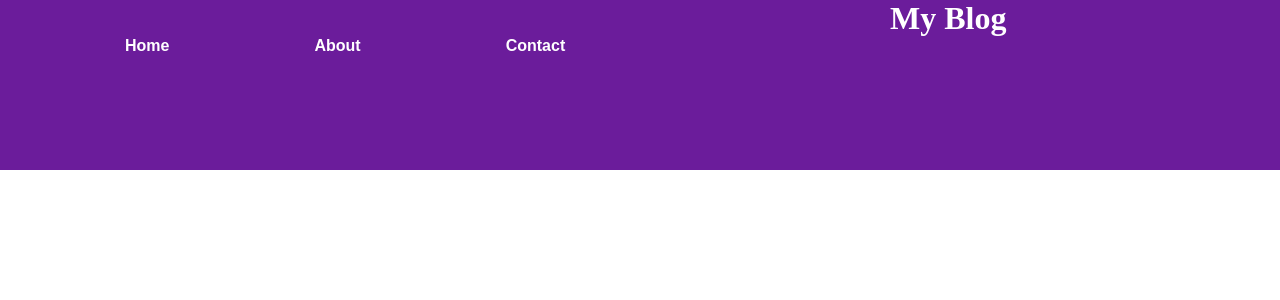
Repository: Femi007-gh/BLOG
Page: index.html
An editor plug-in stored every save of this project. The page is shown before and after the next save, followed by the edit.
The browser window is 1280 px wide. The pictures show the whole page.

Above is the page before, as saved 2025-01-08 07:03:50.

### index.html
<html>
  <head>
    <title>BLOG</title>
    <link rel="stylesheet" href="style.css">
  </head>
  <body>
    <header>
      <h1 class="head">My Blog</h1>
      <nav>
        <ul>
          <li><a href="#">Home</a></li>
          <li><a href="#">About</a></li>
          <li><a href="#">Contact</a></li>
        </ul>
      </nav>
    </header>
  </body>
</html>

### style.css
header {
  background-color: 6B1C9B;
  color: white;
  height: 170px;
}
* {
  margin: 0;
  padding: 0;
}

.desc {
  max-width: 1200px;
  margin: o auto;
  display: flex;
  align-items: center;
  justify-content: space-between;
}

header h1 {
  margin-left:890px;
}

nav ul {
  list-style-type: none;
  display:  flex;
}

nav ul li {
  margin-right: 20px;
}

nav ul li a {
  color: white;
  text-decoration: none;
  font-weight: bold;
  margin-left: 100px;
}

li{
  color: rgb(194, 189, 189);
  margin-left: 25px;
}

li a{
  text-decoration: none;
  color: black;
  font-family: Arial;
}

After the next save:
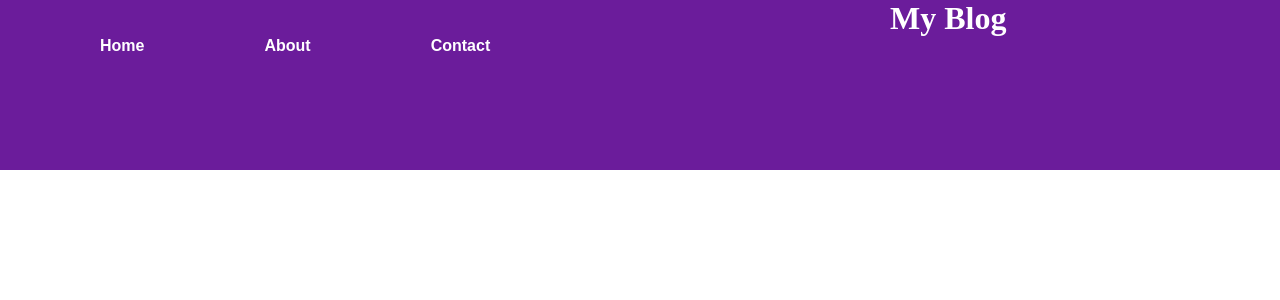
Saved 32 s later.
--- a/style.css
+++ b/style.css
@@ -36,11 +36,6 @@ nav ul li a {
   margin-left: 100px;
 }
 
-li{
-  color: rgb(194, 189, 189);
-  margin-left: 25px;
-}
-
 li a{
   text-decoration: none;
   color: black;
